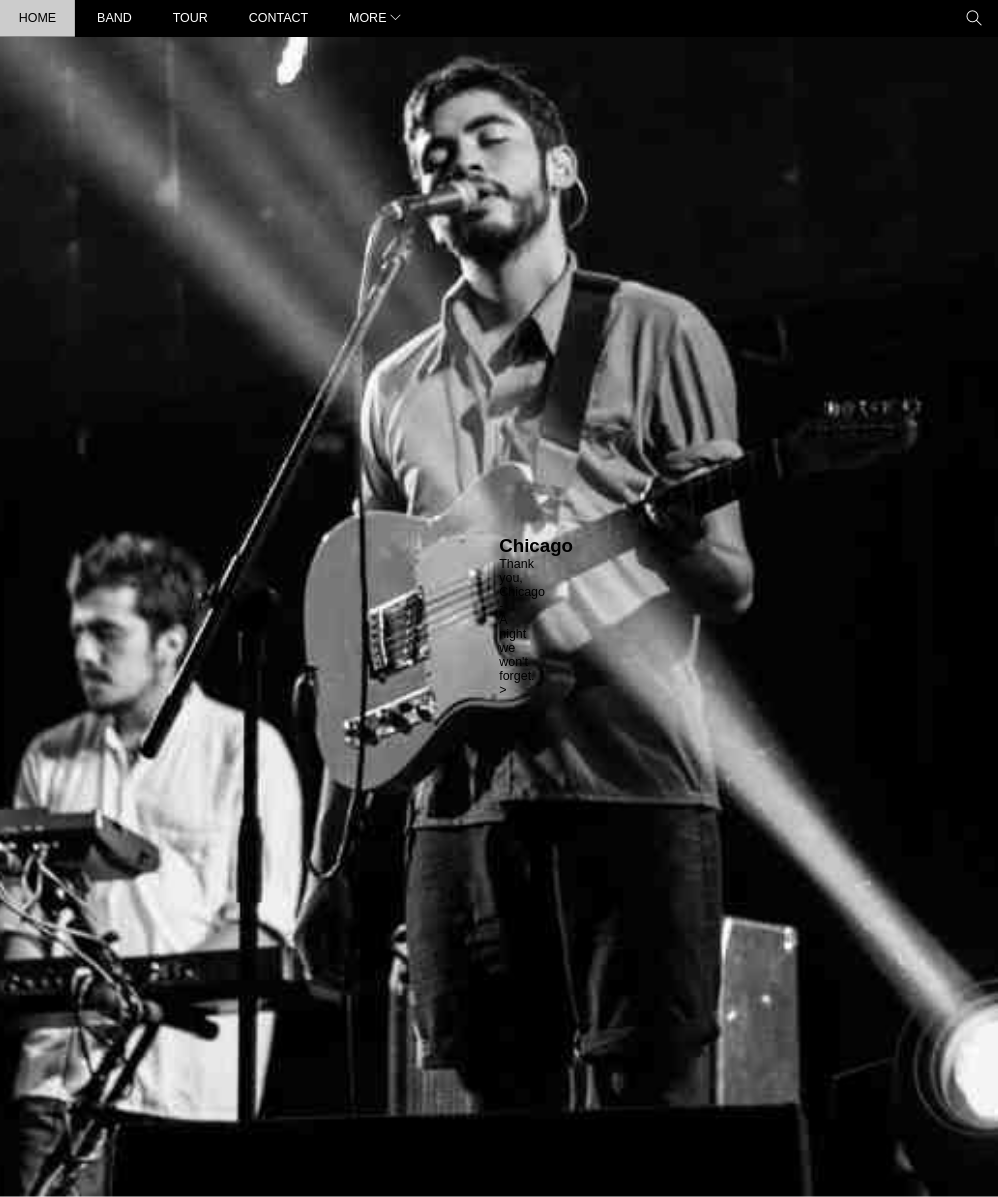
Repository: Thanhtrunghoang123/the-band
Page: index.html
An editor plug-in stored every save of this project. The page is shown before and after the next save, followed by the edit.
The browser window is 1280 px wide. The pictures show the whole page, at 78% of full size.

Above is the page before, as saved 2022-07-20 21:01:21.

After the next save:
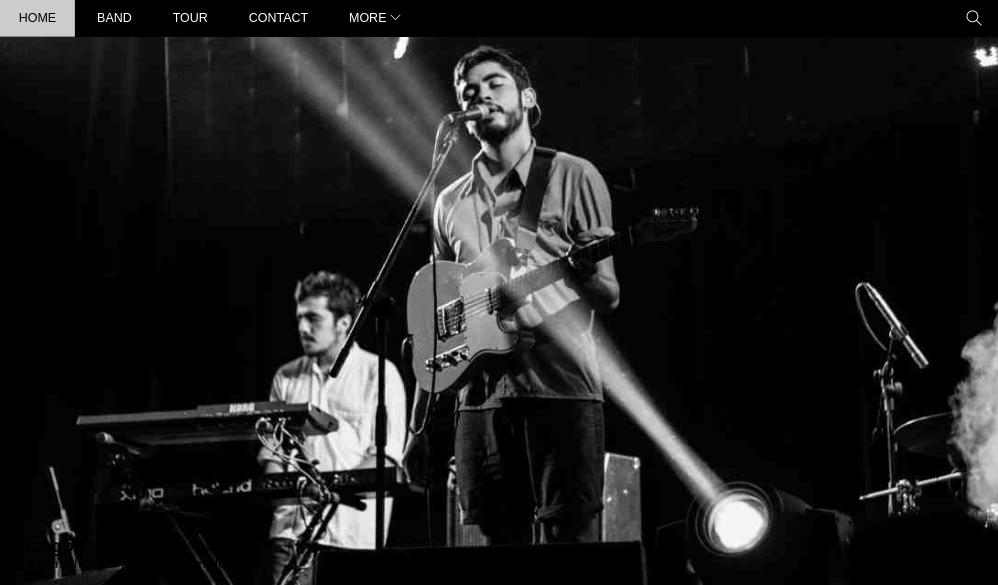
Saved 53 s later.
--- a/assest/css/style.css
+++ b/assest/css/style.css
@@ -84,7 +84,7 @@
 }
 #slider{
     margin-top: 46px;
-    padding:50%;
+    padding-top:50%;
     background: url(/assest/img/slider/chicago.jpg) top center /cover no-repeat;
 }
 
